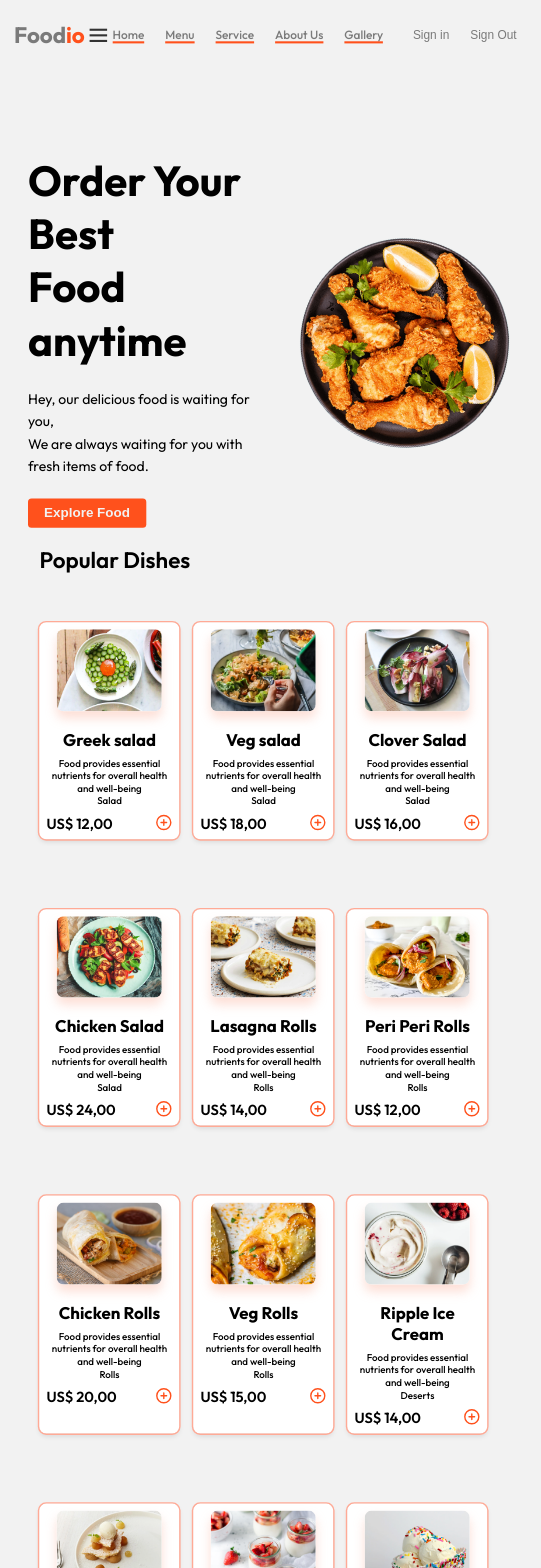
Repository: guilhermecardoso93/foodio
Page: /
The author's editor kept a copy of each file at every save. The page is drawn from the files as they stood at one save, then again after the next save.
The browser window is 768 px wide. The page is 773 px wide, so the pictures cover 773 px, including what lies to the right of the window. The pictures show the part of the page from y = 0 to 2240 px (the page is 5495 px tall before and 5445 px after), at 70% of full size.
The project was rebuilt for these pictures with package versions that can differ from the ones it lists, and the page was loaded fresh each time. Also part of the build but not shown: vite.config.js, src/index.css.

Above is the page before, as saved 2024-11-05 20:38:21.

### index.html
<!doctype html>
<html lang="en">

<head>
    <meta charset="UTF-8" />
    <link rel="icon" type="image/svg+xml" href="/" />
    <link rel="preconnect" href="https://fonts.googleapis.com">
    <link rel="preconnect" href="https://fonts.gstatic.com" crossorigin>
    <link href="https://fonts.googleapis.com/css2?family=Inter:ital,opsz,wght@0,14..32,100..900;1,14..32,100..900&family=Outfit:wght@100..900&display=swap" rel="stylesheet">
    <meta name="viewport" content="width=device-width, initial-scale=1.0" />
    <title>Foodio</title>
</head>

<body>
    <div id="root"></div>
    <script type="module" src="/src/main.jsx"></script>
</body>

</html>

### src/main.jsx
import { StrictMode } from "react";
import { createRoot } from "react-dom/client";
import { App } from "./App.jsx";

import "./index.css";
createRoot(document.getElementById("root")).render(
  <StrictMode>
    <App />
  </StrictMode>
);

### src/App.jsx
import "./App.css";
import { Main } from "./components/Main";
import { Menu } from "./components/Menu";

export function App() {
  return (
    <>
      <Menu />
      <Main />
    </>
  );
}

### src/App.css
*, ::after, ::before {
  margin: 0;
  padding: 0;
  box-sizing: border-box;
}

body {
  margin: 0 100px;
  background-color: #f2f2f2;
  font-family: "Outfit", serif;
  overflow-x: hidden;
}

::-webkit-scrollbar {
  width: 10px;
}

::-webkit-scrollbar-thumb {
  border-radius: 20px;
  background-color: #ff511c;
}

### src/components/Main/index.jsx
import imagem1 from "../../assets/images/image1.png";
import imagem5 from "../../assets/images/image5.png";
import { food_list } from "../../assets/assets";
import { CardItem } from "../CardItem";

import "./styles.css";

export function Main() {
  return (
    <main>
      <section className="grid">
        <div className="content">
          <div className="content-left">
            <div className="info">
              <h2>
                Order Your Best
                <br />
                Food anytime
              </h2>
              <p>
                Hey, our delicious food is waiting for you, <br /> We are always
                waiting for you with fresh items of food.
              </p>
            </div>
            <button>Explore Food</button>
          </div>
          <div className="content-right">
            <img src={imagem1} alt="" />
            <img src={imagem5} alt="" />
            <img src={imagem1} alt="" />{" "}
          </div>
        </div>
      </section>
      <section className="category">
        <div className="list-items">
          <h3>Popular Dishes</h3>
          <div className="card-list">
            {food_list.map((item, index) => {
              return (
                <CardItem
                  image={item.image}
                  name={item.name}
                  price={item.price}
                  description={item.description}
                  category={item.category}
                  key={index}
                />
              );
            })}
          </div>
        </div>
      </section>
    </main>
  );
}

### src/components/Menu/index.jsx
import "./styles.css";

export function Menu() {
  function toggleMenu() {}

  return (
    <div className="navbar">
      <div className="navbar-logo">
        <h1>
          Food<b>io</b>
        </h1>
      </div>
      <div className="hamburguer" onClick={toggleMenu()}>
        <span className="bar"></span>
        <span className="bar"></span>
        <span className="bar"></span>
      </div>
      <ul className="navbar-link">
        <li className="active">
          <a href="/">Home</a>
        </li>
        <li className="active">
          <a href="/">Menu</a>
        </li>
        <li className="active">
          <a href="/">Service</a>
        </li>
        <li className="active">
          <a href="/">About Us</a>
        </li>
        <li className="active">
          <a href="/">Gallery</a>
        </li>
      </ul>
      <div className="auth-buttons">
        <input type="submit" className="sign" value="Sign in" name="signin" />
        <input type="submit" className="sign" value="Sign Out" name="signout" />
      </div>
    </div>
  );
}

### src/assets/assets.js

import food_1 from './food/food_1.png'
import food_2 from './food/food_2.png'
import food_3 from './food/food_3.png'
import food_4 from './food/food_4.png'
import food_5 from './food/food_5.png'
import food_6 from './food/food_6.png'
import food_7 from './food/food_7.png'
import food_8 from './food/food_8.png'
import food_9 from './food/food_9.png'
import food_10 from './food/food_10.png'
import food_11 from './food/food_11.png'
import food_12 from './food/food_12.png'
import food_13 from './food/food_13.png'
import food_14 from './food/food_14.png'
import food_15 from './food/food_15.png'
import food_16 from './food/food_16.png'
import food_17 from './food/food_17.png'
import food_18 from './food/food_18.png'
import food_19 from './food/food_19.png'
import food_20 from './food/food_20.png'
import food_21 from './food/food_21.png'
import food_22 from './food/food_22.png'
import food_23 from './food/food_23.png'
import food_24 from './food/food_24.png'
import food_25 from './food/food_25.png'
import food_26 from './food/food_26.png'
import food_27 from './food/food_27.png'
import food_28 from './food/food_28.png'
import food_29 from './food/food_29.png'
import food_30 from './food/food_30.png'
import food_31 from './food/food_31.png'
import food_32 from './food/food_32.png'


export const food_list = [
    {
        _id: "1",
        name: "Greek salad",
        image: food_1,
        price: 12,
        description: "Food provides essential nutrients for overall health and well-being",
        category: "Salad"
    },
    {
        _id: "2",
        name: "Veg salad",
        image: food_2,
        price: 18,
        description: "Food provides essential nutrients for overall health and well-being",
        category: "Salad"
    }, {
        _id: "3",
        name: "Clover Salad",
        image: food_3,
        price: 16,
        description: "Food provides essential nutrients for overall health and well-being",
        category: "Salad"
    }, {
        _id: "4",
        name: "Chicken Salad",
        image: food_4,
        price: 24,
        description: "Food provides essential nutrients for overall health and well-being",
        category: "Salad"
    }, {
        _id: "5",
        name: "Lasagna Rolls",
        image: food_5,
        price: 14,
        description: "Food provides essential nutrients for overall health and well-being",
        category: "Rolls"
    }, {
        _id: "6",
        name: "Peri Peri Rolls",
        image: food_6,
        price: 12,
        description: "Food provides essential nutrients for overall health and well-being",
        category: "Rolls"
    }, {
        _id: "7",
        name: "Chicken Rolls",
        image: food_7,
        price: 20,
        description: "Food provides essential nutrients for overall health and well-being",
        category: "Rolls"
    }, {
        _id: "8",
        name: "Veg Rolls",
        image: food_8,
        price: 15,
        description: "Food provides essential nutrients for overall health and well-being",
        category: "Rolls"
    }, {
        _id: "9",
        name: "Ripple Ice Cream",
        image: food_9,
        price: 14,
        description: "Food provides essential nutrients for overall health and well-being",
        category: "Deserts"
    }, {
        _id: "10",
        name: "Fruit Ice Cream",
        image: food_10,
        price: 22,
        description: "Food provides essential nutrients for overall health and well-being",
        category: "Deserts"
    }, {
        _id: "11",
        name: "Jar Ice Cream",
        image: food_11,
        price: 10,
        description: "Food provides essential nutrients for overall health and well-being",
        category: "Deserts"
    }, {
        _id: "12",
        name: "Vanilla Ice Cream",
        image: food_12,
        price: 12,
        description: "Food provides essential nutrients for overall health and well-being",
        category: "Deserts"
    },
    {
        _id: "13",
        name: "Chicken Sandwich",
        image: food_13,
        price: 12,
        description: "Food provides essential nutrients for overall health and well-being",
        category: "Sandwich"
    },
    {
        _id: "14",
        name: "Vegan Sandwich",
        image: food_14,
        price: 18,
        description: "Food provides essential nutrients for overall health and well-being",
        category: "Sandwich"
    }, {
        _id: "15",
        name: "Grilled Sandwich",
        image: food_15,
        price: 16,
        description: "Food provides essential nutrients for overall health and well-being",
        category: "Sandwich"
    }, {
        _id: "16",
        name: "Bread Sandwich",
        image: food_16,
        price: 24,
        description: "Food provides essential nutrients for overall health and well-being",
        category: "Sandwich"
    }, {
        _id: "17",
        name: "Cup Cake",
        image: food_17,
        price: 14,
        description: "Food provides essential nutrients for overall health and well-being",
        category: "Cake"
    }, {
        _id: "18",
        name: "Vegan Cake",
        image: food_18,
        price: 12,
        description: "Food provides essential nutrients for overall health and well-being",
        category: "Cake"
    }, {
        _id: "19",
        name: "Butterscotch Cake",
        image: food_19,
        price: 20,
        description: "Food provides essential nutrients for overall health and well-being",
        category: "Cake"
    }, {
        _id: "20",
        name: "Sliced Cake",
        image: food_20,
        price: 15,
        description: "Food provides essential nutrients for overall health and well-being",
        category: "Cake"
    }, {
        _id: "21",
        name: "Garlic Mushroom ",
        image: food_21,
        price: 14,
        description: "Food provides essential nutrients for overall health and well-being",
        category: "Pure Veg"
    }, {
        _id: "22",
        name: "Fried Cauliflower",
        image: food_22,
        price: 22,
        description: "Food provides essential nutrients for overall health and well-being",
        category: "Pure Veg"
    }, {
        _id: "23",
        name: "Mix Veg Pulao",
        image: food_23,
        price: 10,
        description: "Food provides essential nutrients for overall health and well-being",
        category: "Pure Veg"
    }, {
        _id: "24",
        name: "Rice Zucchini",
        image: food_24,
        price: 12,
        description: "Food provides essential nutrients for overall health and well-being",
        category: "Pure Veg"
    },
    {
        _id: "25",
        name: "Cheese Pasta",
        image: food_25,
        price: 12,
        description: "Food provides essential nutrients for overall health and well-being",
        category: "Pasta"
    },
    {
        _id: "26",
        name: "Tomato Pasta",
        image: food_26,
        price: 18,
        description: "Food provides essential nutrients for overall health and well-being",
        category: "Pasta"
    }, {
        _id: "27",
        name: "Creamy Pasta",
        image: food_27,
        price: 16,
        description: "Food provides essential nutrients for overall health and well-being",
        category: "Pasta"
    }, {
        _id: "28",
        name: "Chicken Pasta",
        image: food_28,
        price: 24,
        description: "Food provides essential nutrients for overall health and well-being",
        category: "Pasta"
    }, {
        _id: "29",
        name: "Buttter Noodles",
        image: food_29,
        price: 14,
        description: "Food provides essential nutrients for overall health and well-being",
        category: "Noodles"
    }, {
        _id: "30",
        name: "Veg Noodles",
        image: food_30,
        price: 12,
        description: "Food provides essential nutrients for overall health and well-being",
        category: "Noodles"
    }, {
        _id: "31",
        name: "Somen Noodles",
        image: food_31,
        price: 20,
        description: "Food provides essential nutrients for overall health and well-being",
        category: "Noodles"
    }, {
        _id: "32",
        name: "Cooked Noodles",
        image: food_32,
        price: 15,
        description: "Food provides essential nutrients for overall health and well-being",
        category: "Noodles"
    }
]

### src/components/CardItem/index.jsx
import { PlusCircle, PlusCircleIcon } from "lucide-react";
import "./styles.css";

export function CardItem({ image, name, price, description, category }) {
  function formatarPreco(valor) {
    return new Intl.NumberFormat("pt-BR", {
      style: "currency",
      currency: "USD",
    }).format(valor);
  }

  return (
    <div className="card">
      <img src={image} alt="" />
      <div className="title">
        <h1>{name}</h1>
      </div>
      <div className="desc-food">
        <p>{description}</p>
        <p>{category}</p>
      </div>
      <div className="price">
        <span>{formatarPreco(price)}</span>
        <PlusCircle color="#ff511c" className="plus-icon" />
      </div>
    </div>
  );
}

### src/components/Main/styles.css
.content {
  display: grid;
  grid-template-columns: 50% auto;
  margin-top: 100px;
  gap: 30px;
  align-items: center;
  justify-content: space-between;
  width: 100%;
}

.content-left {
  display: block;
  width: 100%;
}

.content-left .info {
  max-width: 100%;
  display: flex;
  flex-direction: column;
}

.content-left .info h2 {
  font-size: 60px;
  margin-bottom: 30px;
}

.content-left .info p {
  font-size: 20px;
  line-height: 2pc;
  margin-bottom: 30px;
}

.content-left button {
  padding: 10px 23px;
  background-color: #ff511c;
  color: #f2f2f2;
  border-radius: 5px;
  border: none;
  cursor: pointer;
  font-weight: 600;
  font-size: 1.2rem;
  margin-bottom: 5px;
}

.content-left button:hover {
  color: #ff511c;
  background-color: #f2f2f2;
  border: solid 2px #ff511c;
  padding: 8px 21px;
}

.grid {
  width: 100%;
  max-width: 1200px;
  margin: 0 auto;
  padding: 20px;
  justify-content: center;
  align-items: center;
}

.content-right {
  position: relative;
  height: 400px;
  width: 400px;
  display: flex;
  justify-content: center;
  align-items: center;
}

.content-right img {
  position: absolute;
  width: 100%;
  height: 100%;
  object-fit: cover;
  opacity: 0;
  animation: imageSwitch 15s infinite, rotate 3s linear infinite;
  transform-origin: center center;
}

.content-right img:nth-child(1) {
  animation-delay: 0s;
}

.content-right img:nth-child(2) {
  animation-delay: 5s;
}

.content-right img:nth-child(3) {
  animation-delay: 10s;
}

@keyframes rotate {
  from {
    transform: rotate(0deg);
  }

  to {
    transform: rotate(360deg);
  }
}

@keyframes imageSwitch {
  0%, 33% {
    opacity: 1;
  }

  34%, 100% {
    opacity: 0;
  }
}

.category {
  width: 100%;
  display: flex;
  margin-bottom: 50px;
  justify-content: center;
}

.category .list-items {
  width: 90%;
  position: relative;
  position: relative;
}

.category .list-items h3 {
  font-size: 2rem;
  font-weight: 600;
  margin-bottom: 70px;
}

.category .list-items .card-list {
  display: flex;
  flex-wrap: wrap;
  gap: 12px;
}

### src/components/Menu/styles.css
.navbar {
  width: 100%;
  display: flex;
  justify-content: space-between;
  align-items: center;
  padding: 30px 0;
}

.navbar-logo {
  font-weight: 600;
  color: rgb(122, 122, 122);
}

.navbar-logo b {
  color: #ff511c;
}

.navbar-link {
  display: flex;
  list-style: none;
}

.navbar-link li {
  margin-right: 30px;
}

.navbar-link li a {
  text-decoration: none;
  color: rgb(122, 122, 122);
  font-weight: 500;
  font-size: 17px;
}

.navbar-link li a:hover {
  color: #ff511c;
}

.navbar-link .active::after {
  content: "";
  width: 100%;
  height: 3px;
  background-color: #ff511c;
  display: flex;
  position: relative;
  margin-top: 3x;
}

.auth-buttons {
  display: flex;
  align-items: center;
  gap: 10px;
}

input {
  padding: 10px;
  cursor: pointer;
  font-weight: 600;
}

.sign {
  background: transparent;
  border: none;
  color: rgb(122, 122, 122);
  font-weight: 500;
  font-size: 17px;
  text-decoration: none;
}

.sign:hover {
  background-color: #ff511c;
  border-radius: 10px;
  color: black;
}

.hamburguer {
  /*display: none;*/
  cursor: pointer;
}

.hamburguer .bar {
  display: block;
  width: 25px;
  height: 3px;
  margin: 5px;
  background-color: #333;
  transition: 0.3s;
}

@media screen and (max-width: 1024px) {
  body {
    margin: 0 50px;
  }

  .content-right {
    width: 300px;
    height: 300px;
  }
}

@media screen and (max-width: 968px) {
  .category .list-items .card-list {
    gap: 100px 20px;
  }
}

@media screen and (max-width: 768px) {
  body {
    margin: 0 20px;
  }
}

### src/components/CardItem/styles.css
.card {
  width: 200px;
  min-height: 250px;
  /* Define uma altura mínima para o cartão */
  display: flex;
  flex-direction: column;
  align-items: center;
  padding: 10px;
  border-radius: 10px;
  position: relative;
  background-color: #ffffff;
  outline: 2px solid #ffaa96;
  box-shadow: 0 4px 8px rgba(0, 0, 0, 0.1);
}

.card img {
  width: 100%;
  max-width: 150px;
  height: auto;
  border-radius: 10px;
  object-fit: cover;
  object-position: center;
  background-repeat: no-repeat;
  box-shadow: 0 10px 15px rgba(250, 173, 150, 0.4);
  /* Ajusta a sombra */
  margin-bottom: 15px;
  /* Espaço entre a imagem e o conteúdo abaixo */
}

.card .title {
  padding: 10px 0 10px;
}

.card .title h1 {
  text-align: center;
  font-weight: bold;
  font-size: 1.5rem;
}

.desc-food p {
  font-size: 14px;
  text-align: center;
  font-weight: 500;
}

.price {
  display: flex;
  margin-top: 10px;
  justify-content: space-between;
  width: 100%;
  font-weight: 600;
  font-size: 1.3rem;
}

.price .plus-icon {
  cursor: pointer;
}

.card-content {
  text-align: center;
  /* Centraliza o conteúdo */
  padding: 5px;
}

After the next save:
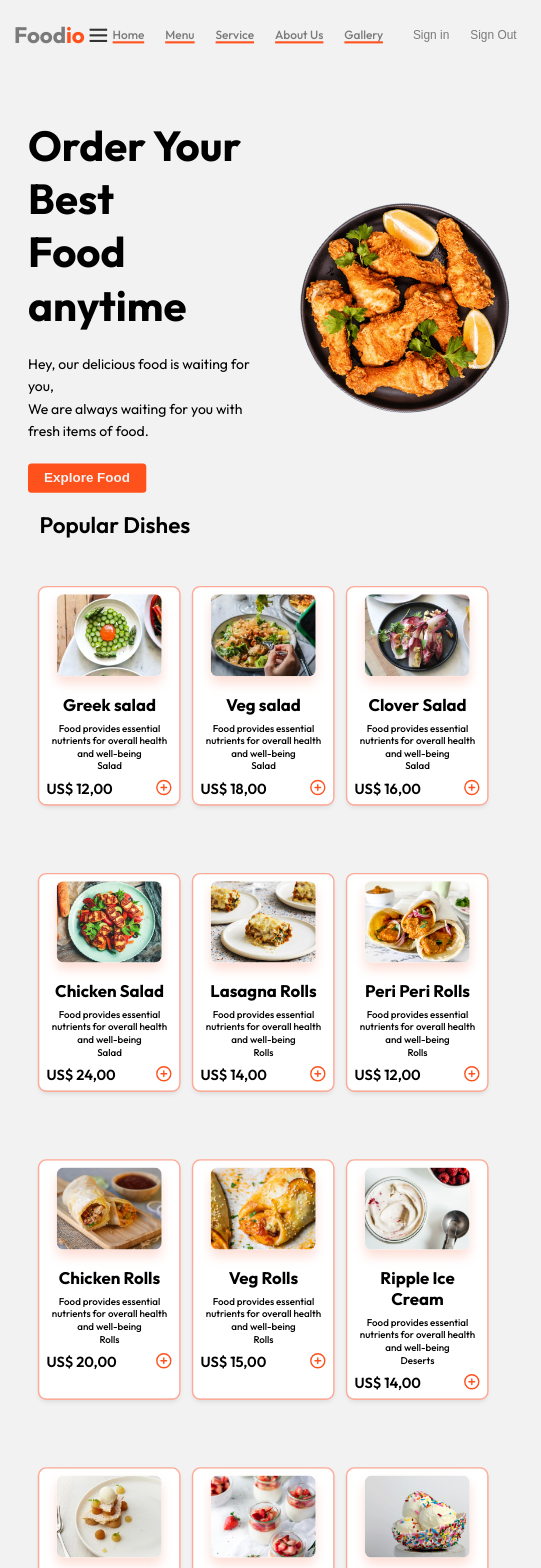
Saved 20 s later.
--- a/src/components/Menu/styles.css
+++ b/src/components/Menu/styles.css
@@ -107,4 +107,8 @@ input {
   body {
     margin: 0 20px;
   }
+
+  .content {
+    margin-top: 50px;
+  }
 }
